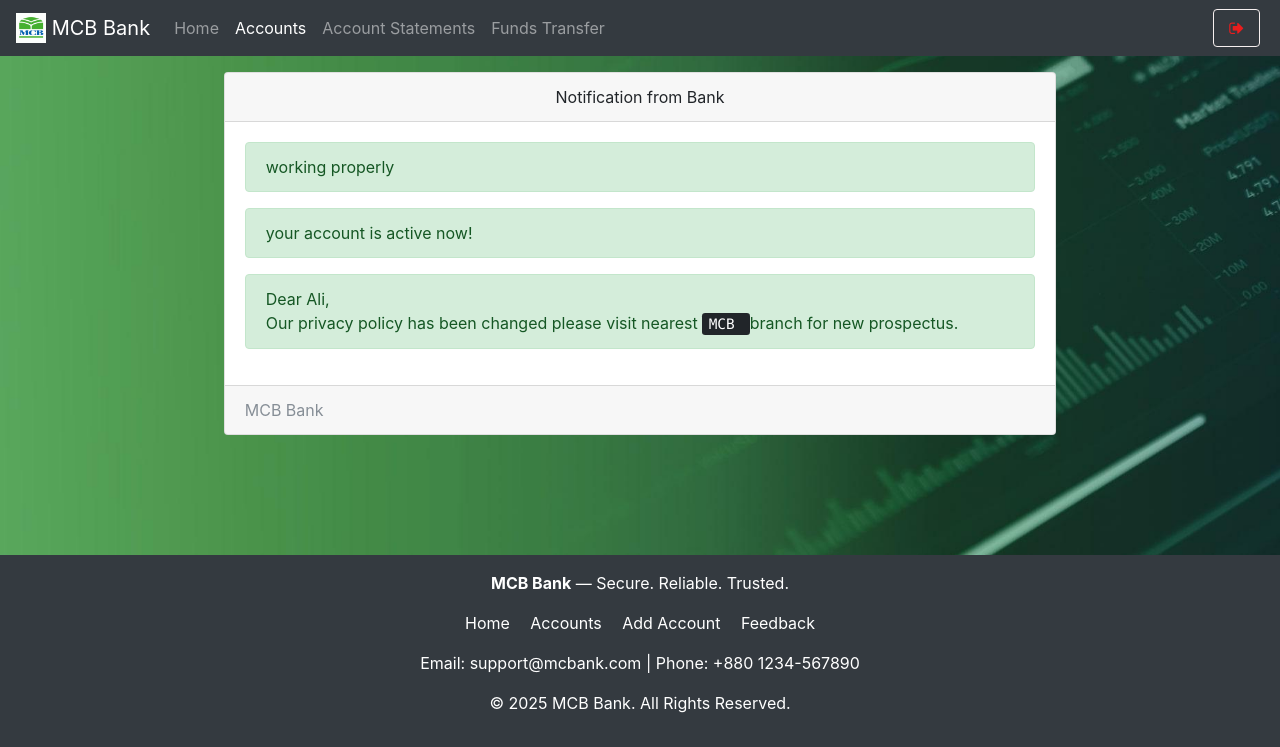
Repository: mhbshimla/my-bank
Page: http://localhost/notice.php
An editor plug-in stored every save of this project. The page is shown before and after the next save, followed by the edit.
The browser window is 1280 px wide. The pictures show the whole page.
The page is run by PHP 8.4 with error messages shown; the project is at /var/www/html/. The session is filled in as if someone had signed in: {"userId": 2, "user": {"id": 2, "email": "some2@gmail.com", "name": "Ali khan", "balance": 56000, "nid": "3210375555343", "number": "03356910260", "city": "Islamabad", "address": "Some where in isb", "source": "Programmer", "accountNo": 10054777, "branch": 1, "accountType": "Saving", "date": "2017-12-14 04:50:06"}, "cashId": 2, "managerId": 2}. The database holds what the project's SQL file puts in it.

Above is the page before, as saved 2025-10-13 21:19:50.

After the next save:
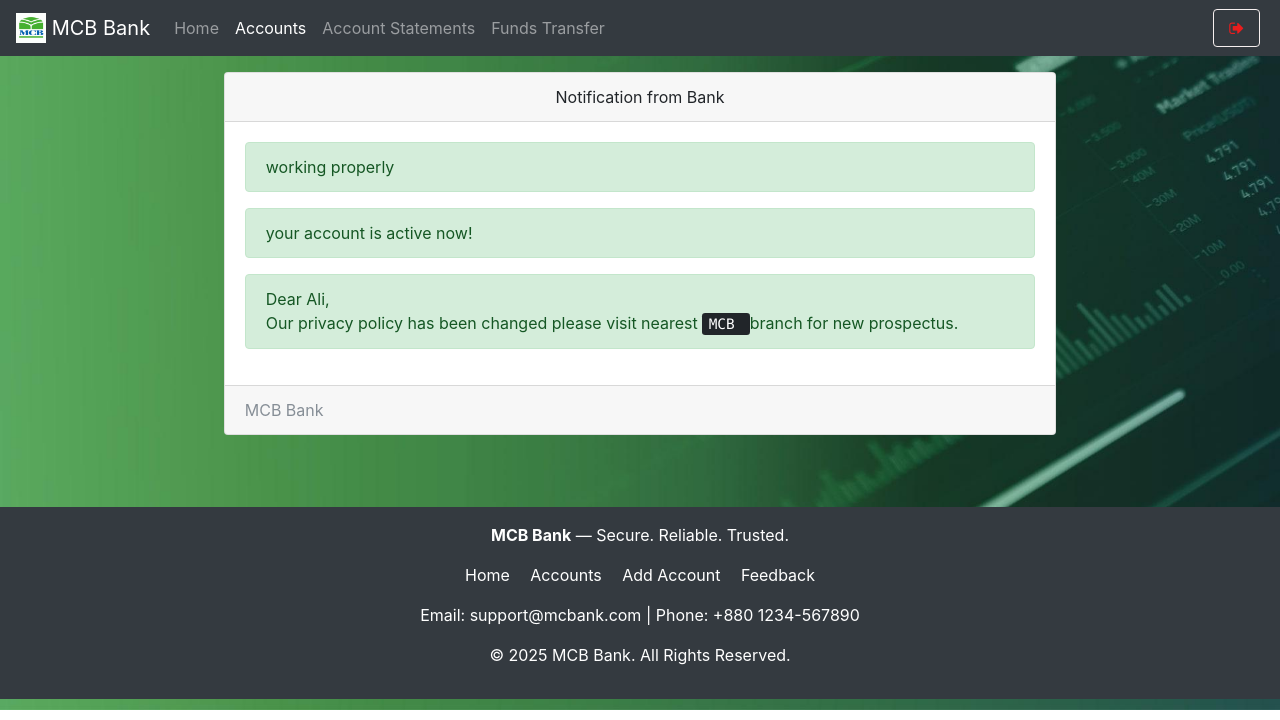
Saved 13 s later.
--- a/notice.php
+++ b/notice.php
@@ -61,7 +61,7 @@
 </div>
 </div> <br> <br> <br>
 
-<footer class="bg-dark text-white text-center py-3 mt-5 mb-auto">
+<footer class="bg-dark text-white text-center py-3 mt-auto">
   <div class="container">
     <p><strong>MCB Bank</strong> — Secure. Reliable. Trusted.</p>
     <p>
